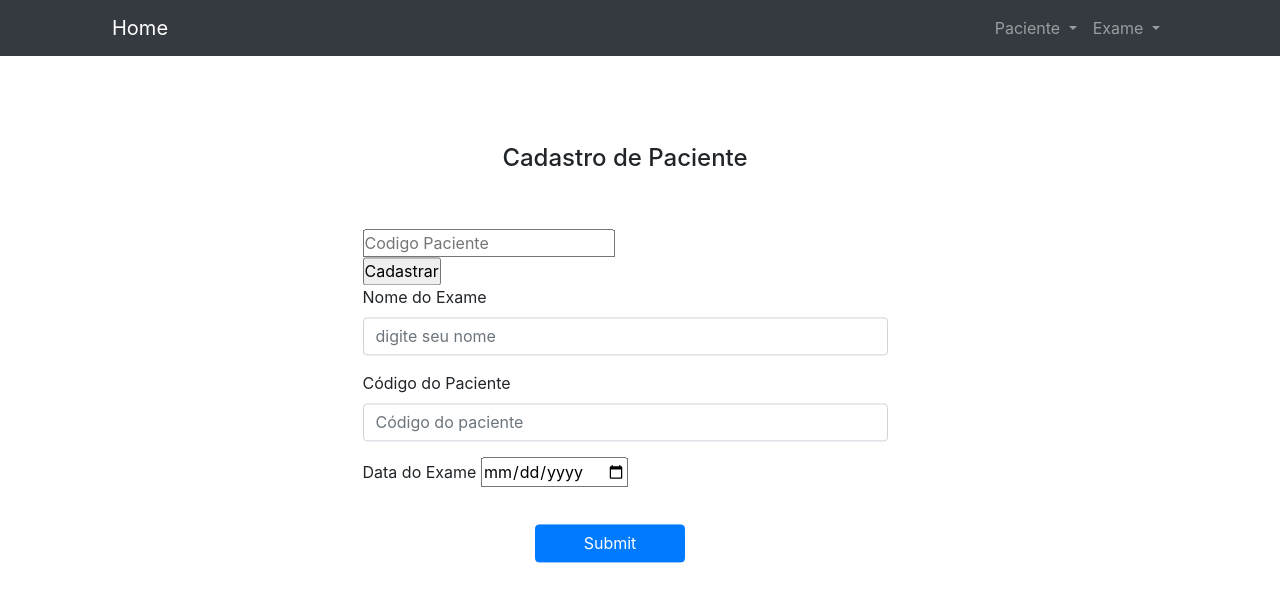
Repository: noobDevPRB/struts2_project
Page: http://localhost/Projeto_SOCTest/WEB-INF/jsp/exame/cadastro.jsp
An editor plug-in stored every save of this project. The page is shown before and after the next save, followed by the edit.
The browser window is 1280 px wide. The pictures show the whole page.
The page is served by Tomcat 9. Nobody is signed in. The template is opened directly, without the code that normally fills it, so the values that code supplies are empty.

Above is the page before, as saved 2020-10-18 03:30:41.

After the next save:
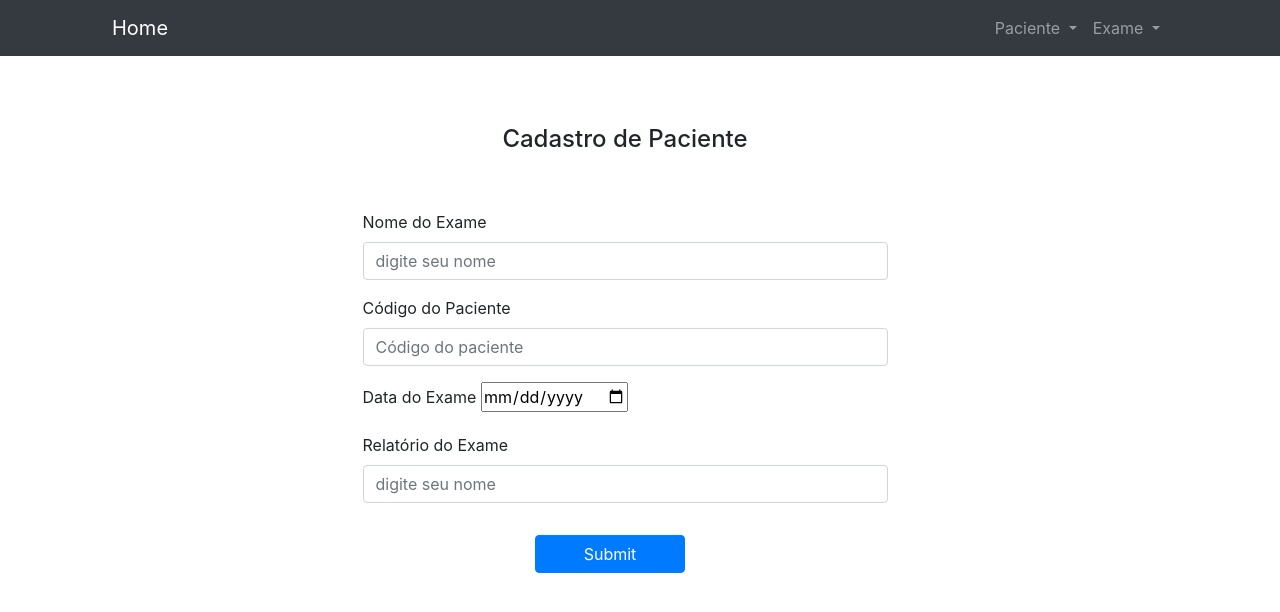
Saved 2 min 4 s later.
--- a/Projeto_SOCTest/WebContent/WEB-INF/jsp/exame/cadastro.jsp
+++ b/Projeto_SOCTest/WebContent/WEB-INF/jsp/exame/cadastro.jsp
@@ -19,24 +19,6 @@
 
 	  	<div class="row justify-content-md-center">
 		    <div class="col-lg-6 align-item">
-
-
-
-
-						<div class="bloco-formulario">
-							<input type="text" required="required" pattern="[0-9]+$" placeholder="Codigo Paciente" name="consulta.codPaciente">
-						</div>
-
-						<div class="bloco-formulario">
-
-						</div>
-
-						<div class="bloco-formulario">
-
-						</div>
-
-						<input type="submit" class="btn-padrao" value="Cadastrar">
-
 				<form action="cadastrarConsulta"method="post">
 
 					<div class="form-group">
@@ -53,6 +35,11 @@
 						<input type="date" required="required" placeholder="Data" name="consulta.dataConsulta">
 					</div>
 
+					<div class="form-group">
+						<label>Relatório do Exame</label>
+						<input class="form-control" type="text" required="required" pattern="[a-z\s]+$" maxlength="40" placeholder="digite seu nome" name="paciente.nm_cmplt">
+					</div>
+
 					<div class="pt-3 row justify-content-md-center">
 						<button type="submit" class="btn btn-primary px-5" value="Cadastrar">Submit</button>
 					</div>
